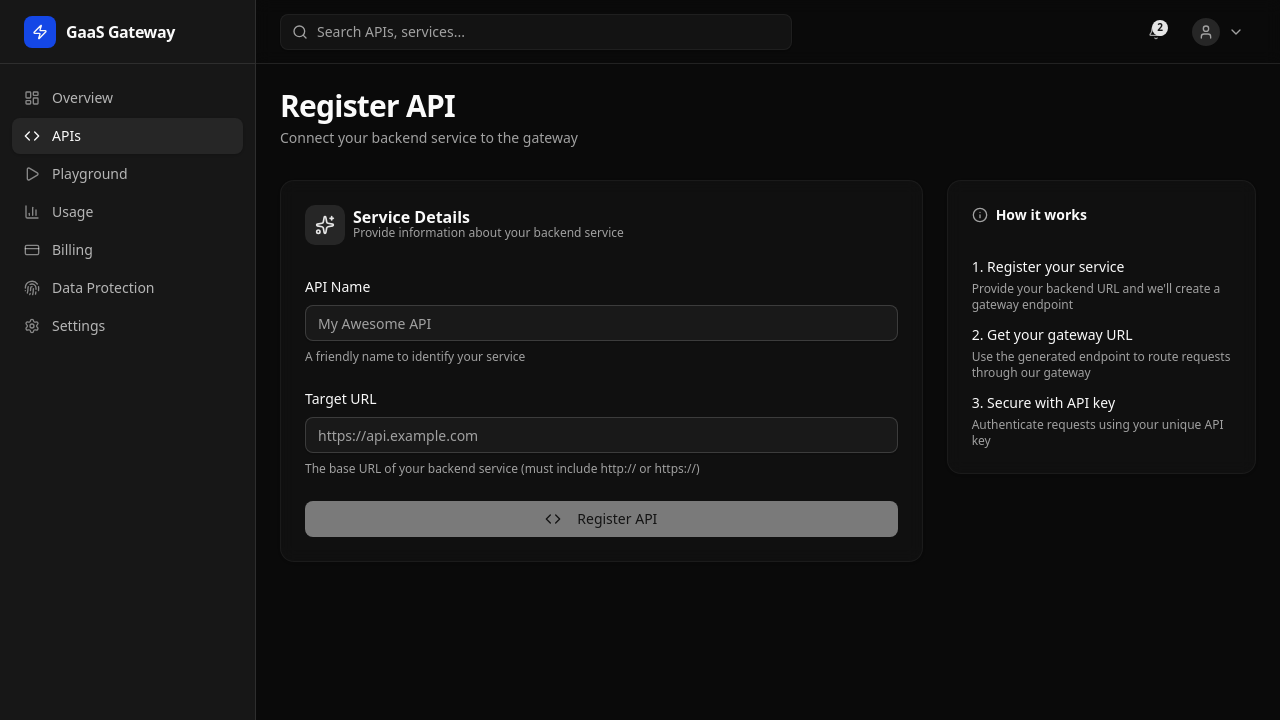
Repository: chhavi-pareek/gatekeeper
Page: /apis (app in frontend/)
The author's editor kept a copy of each file at every save. The page is drawn from the files as they stood at one save, then again after the next save.
The browser window is 1280 px wide. The pictures show the whole page.
The page's requests for data from a server got no answer. The project was rebuilt for these pictures with package versions that can differ from the ones it lists, and the page was loaded fresh each time. The framework's server and built-in components were replaced by stand-ins that run in the browser. No one was signed in, and anything a server would have sent is missing. Also part of the build but not shown: frontend/next.config.ts, frontend/components/ui/toaster.tsx. Imported but missing from the stored project, and not drawn on this page: frontend/components/ui/alert.

Above is the page before, as saved 2026-01-17 17:08:21.

After the next save:
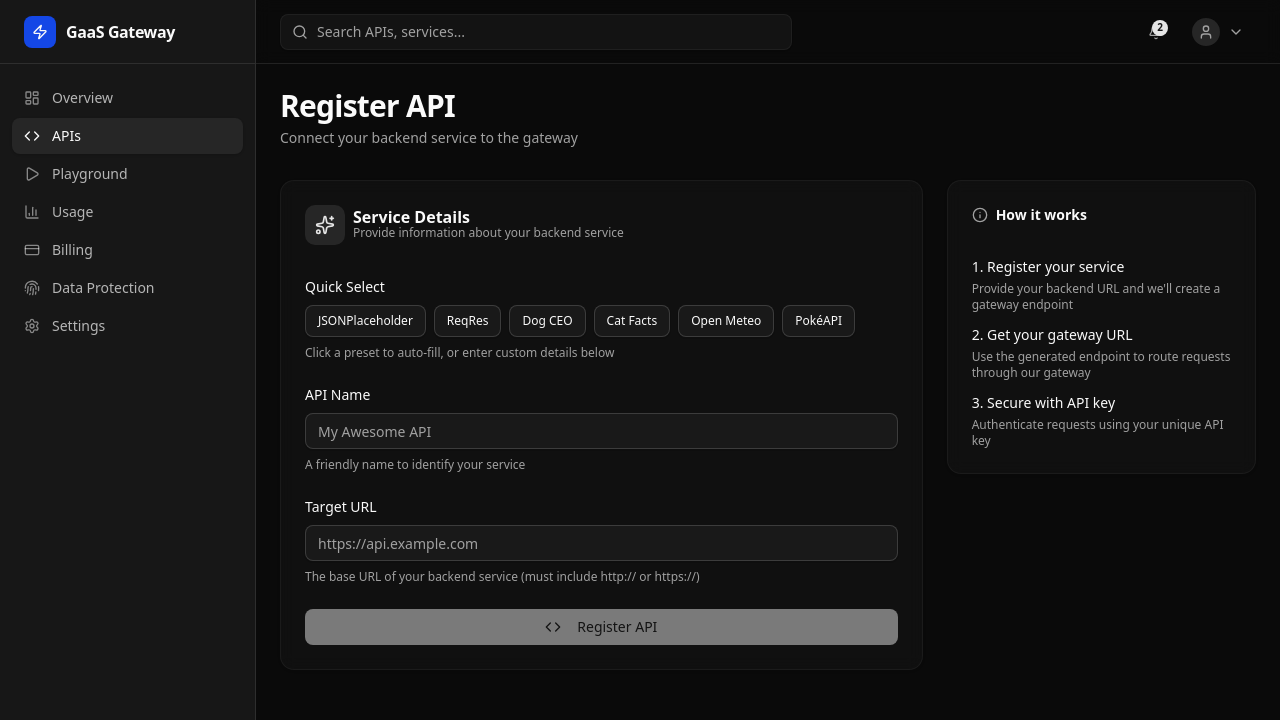
Saved 8 s later.
--- a/frontend/app/apis/page.tsx
+++ b/frontend/app/apis/page.tsx
@@ -129,6 +129,28 @@ export default function APIsPage() {
               </CardHeader>
               <CardContent>
                 <form onSubmit={handleSubmit} className="space-y-6">
+                  {/* Quick Select Presets */}
+                  <div className="space-y-2">
+                    <Label className="text-sm font-medium">Quick Select</Label>
+                    <div className="flex flex-wrap gap-2">
+                      {presetApis.map((preset) => (
+                        <Button
+                          key={preset.url}
+                          type="button"
+                          variant="outline"
+                          size="sm"
+                          onClick={() => selectPreset(preset)}
+                          className="text-xs"
+                        >
+                          {preset.name}
+                        </Button>
+                      ))}
+                    </div>
+                    <p className="text-xs text-muted-foreground">
+                      Click a preset to auto-fill, or enter custom details below
+                    </p>
+                  </div>
+
                   <div className="space-y-2">
                     <Label htmlFor="name" className="text-sm font-medium">
                       API Name
